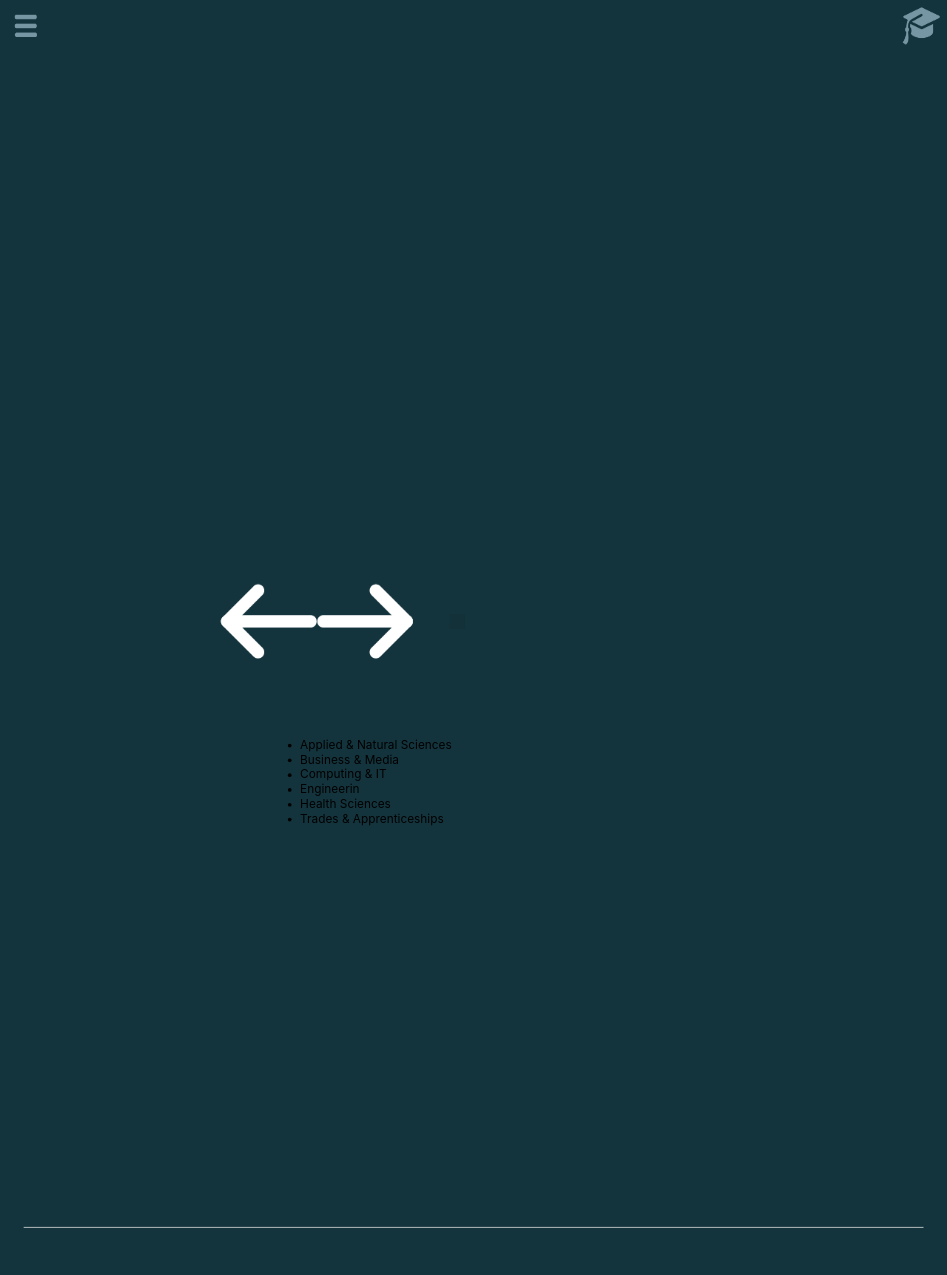
Repository: shaelorch/assignment-1-playwright-site-a01259464
Page: /about
The author's editor kept a copy of each file at every save. The page is drawn from the files as they stood at one save, then again after the next save.
The browser window is 1280 px wide. The pictures show the whole page, at 74% of full size.
The project was rebuilt for these pictures with package versions that can differ from the ones it lists, and the page was loaded fresh each time. The framework's server and built-in components were replaced by stand-ins that run in the browser. Also part of the build but not shown: next.config.js.

Above is the page before, as saved 2023-01-28 12:41:40.

### pages/_app.js
import '../styles/globals.css'
import '../styles/variables.css'

function MyApp({ Component, pageProps }) {
  return <Component {...pageProps} />
}

export default MyApp

### pages/about.js
import Head from 'next/head'
import Image from 'next/image'
import styles from '../styles/Home.module.css'
import Menu from '../components/menu'


export default function About() {
  return (
    <><Menu /><div className={styles.container}>
      <Head>
        <title>About Us</title>
        <meta name="author" content="MDIA 2109" />
        <meta property='og:title' content="Assignment #1 - About Us Page" />
        <meta property='og:description' content="BCIT Digital Design and Development Diploma" />
        <link rel="icon" href="/favicon.png" />


      </Head>

      <main className={styles.main}>

        <div>
          <h1></h1>
        </div>

        <div>
          <h1></h1>
        </div>

        <div>
          <p></p>
        </div>
        <div>
          <p></p>
        </div>
        <div>
          <p></p>
        </div>
        <div>
          <p></p>
        </div>
        <div>
          <p></p>
        </div>
        <div>
          <p></p>
        </div>
        <div>
          <p></p>
        </div>

        <div><h2></h2></div>
        <div><h2></h2></div>

        <div><h3></h3></div>

        <div id={styles.carouselImage}>
          <img src='/icons/leftArrow.png' />
          <img src='/icons/rightArrow.png' />

          <div id={styles.testOnImageHere}>

          </div>

        </div>





        <ul>
          <li>Applied & Natural Sciences</li>
          <li>Business & Media</li>
          <li>Computing & IT</li>
          <li>Engineerin</li>
          <li>Health Sciences</li>
          <li>Trades & Apprenticeships</li>
        </ul>

        <a>
          <span>
            <img />
          </span>
        </a>

        <a>
          <span>
            <img />
          </span>
        </a>




      </main>

      <footer className={styles.footer}>

      </footer>
    </div></>
  )
}

### styles/globals.css
::-webkit-scrollbar-track {
  background-color: var(--ternary-color);
}

::-webkit-scrollbar-thumb {
  background-color: var(--primary-color);
}

::-webkit-scrollbar-thumb:hover {
  background-color: var(--quaternary-color);
}

html,
body {
  padding: 0;
  margin: 0;
  font-family: -apple-system, BlinkMacSystemFont, Segoe UI, Roboto, Oxygen,
    Ubuntu, Cantarell, Fira Sans, Droid Sans, Helvetica Neue, sans-serif;
}

a {
  color: inherit;
  text-decoration: none;
}

* {
  box-sizing: border-box;
}

@media (prefers-color-scheme: dark) {
  html {
    color-scheme: dark;
  }
  body {
    color: white;
    background: ;
  }
}

@media only screen and (min-width: 1000px) {
  /* For Desktop */

}

@media only screen and (min-width:600px) {
  /* For Tablet */

}

@media only screen and (max-width: 600px) {
  /* For Mobile */

}

### styles/variables.css
:root {
    --primary-color: #fff;
    --secondary-color: #F4D6B9;
    --ternary-color: #7796A4;
    --quaternary-color: #14343D;
    --quinary-color: rgba(16, 46, 53, 0.5);
}

### styles/Home.module.css


.container {
  padding: 0 2rem;
  background-color: var(--quaternary-color);

}

.solid {
  border-top: 4px solid var(--secondary-color);
  border-bottom: 0px;
  width:75%;
  margin-left:0;
  border-radius: 3px;;

}

.homeContainer {
  padding: 0 2rem;
  background-image: url('/background-images/backgroundMountain.jpg');
  background-repeat: no-repeat;
  background-size: cover;

}

.main {
  min-height: 100vh;
  padding: 40% 0;
  margin-left: 25%;
  margin-right: 50%;
  flex: 1;
  display: flex;
  flex-direction: column;
  justify-content: left;
  align-items: center;
  background-color: transparent;


}


#carouselImage {
  height: 200px;
  background-repeat: no-repeat;
  background-size: cover;
  display:flex;
  justify-content: center;
  align-items: center;
  margin: 40px 0px;

}

#testOnImageHere {
  background-color: rgba(16, 46, 53, 0.5);
  padding: 10px;
  margin: 0px 50px;

}

.footer {
  display: flex;
  flex: 1;
  padding: 2rem 0;
  border-top: 1px solid #eaeaea;
  justify-content: center;
  align-items: center;
  background-color: transparent;
}

.footer a {
  display: flex;
  justify-content: center;
  align-items: center;
  flex-grow: 1;
}

.title a {
  color: #0070f3;
  text-decoration: none;
}

.title a:hover,
.title a:focus,
.title a:active {
  text-decoration: underline;
}

.title {
  margin: 0;
  line-height: 1.15;
  font-size: 4rem;
}

.title,
.description {
  text-align: center;
}

.description {
  margin: 4rem 0;
  line-height: 1.5;
  font-size: 1.5rem;
}

.code {
  background: #fafafa;
  border-radius: 5px;
  padding: 0.75rem;
  font-size: 1.1rem;
  font-family: Menlo, Monaco, Lucida Console, Liberation Mono, DejaVu Sans Mono,
    Bitstream Vera Sans Mono, Courier New, monospace;
}

.grid {
  display: flex;
  align-items: center;
  justify-content: center;
  flex-wrap: wrap;
  max-width: 800px;
}

.card {
  margin: 1rem;
  padding: 1.5rem;
  text-align: left;
  color: inherit;
  text-decoration: none;
  border: 1px solid #eaeaea;
  border-radius: 10px;
  transition: color 0.15s ease, border-color 0.15s ease;
  max-width: 300px;
}

.card:hover,
.card:focus,
.card:active {
  color: #0070f3;
  border-color: #0070f3;
}

.card h2 {
  margin: 0 0 1rem 0;
  font-size: 1.5rem;
}

.card p {
  margin: 0;
  font-size: 1.25rem;
  line-height: 1.5;
}

.logo {
  height: 1em;
  margin-left: 0.5rem;
}

@media (max-width: 600px) {
  .grid {
    width: 100%;
    flex-direction: column;
  }
}

@media (prefers-color-scheme: dark) {
  .card,
  .footer {
    border-color: #222;
  }
  .code {
    background: #111;
  }
  .logo img {
    filter: invert(1);
  }
}

### components/menu.js
import styles from '../styles/Home.module.css'
import Link from 'next/link'
import { useState } from 'react'



export default function Menu() {

    const [showMenu, setShowMenu] = useState(false);


    const handleClickMenu = () => {
        setShowMenu(current => !current);
    }


    return <><div style={{ display: 'flex', width: '100%', justifyContent:'space-between', position:'fixed' }}>
        <img src="/icons/menu-icon.png" onClick={handleClickMenu} style={{ display:'flex', height: 30, width: 30, top: 0, left: 0, margin: 20 }} />
        <img src="/icons/graduation-hat.png" style={{ height: 50, width: 50, margin:10 }} />
    </div>
    <div style={{ display: showMenu ? 'flex' : 'none', position:'fixed', top:50, left:20}}>
            <img src='/background-images/menuBackground.png' style={{height:250, width:250, position:'absolute', top:-50, left:-20}}/>

            <h1 onClick={handleClickMenu} style={{zIndex:2}}>X</h1>
            <ul style={{ display: 'flex', flexDirection: 'column', zIndex:1}}>
                <a href='/'>Home</a>
                <a href='/about'>About</a>
                <a href='/contact'>Contact</a>
            </ul>



        </div></>







}

After the next save:
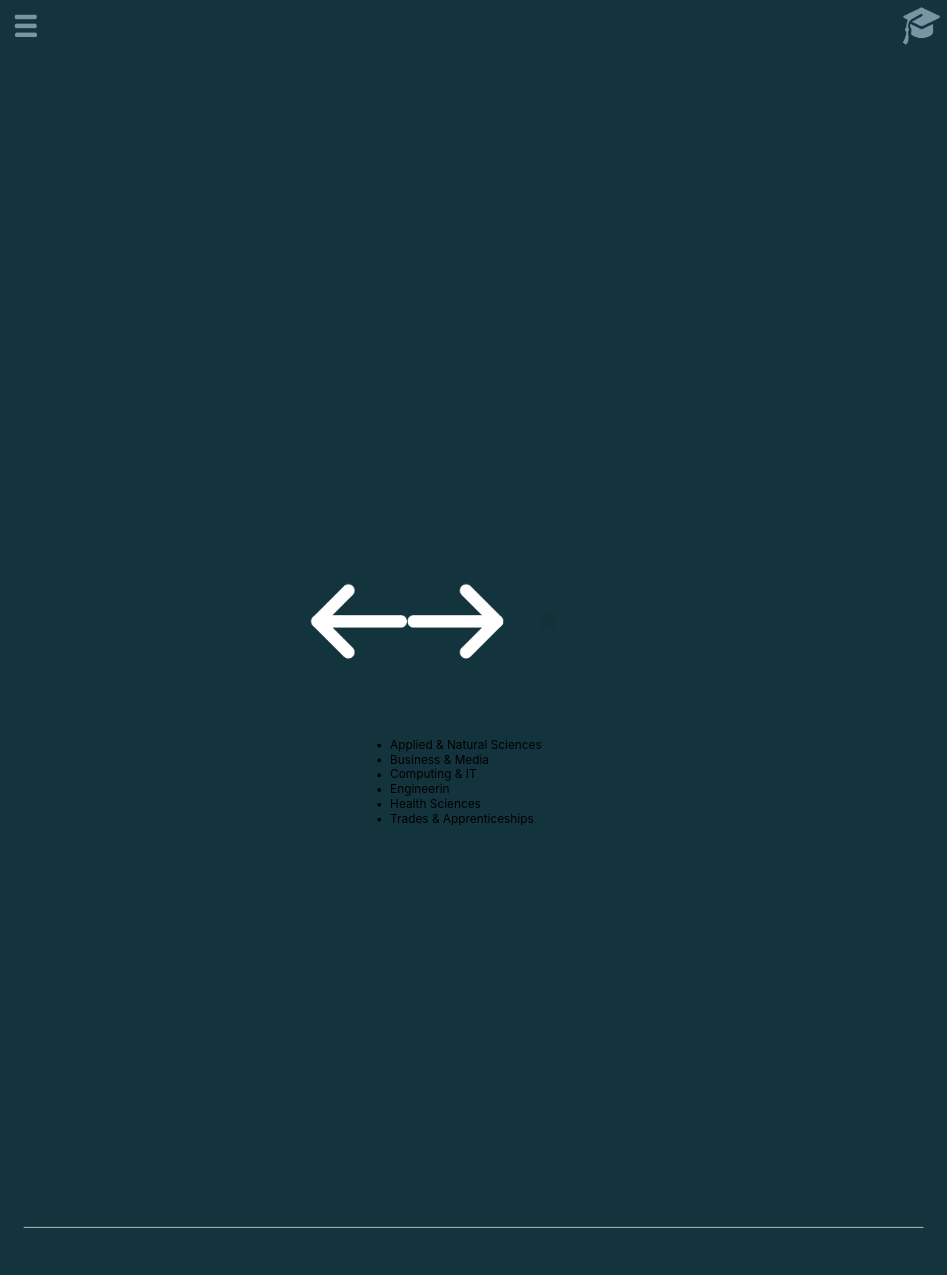
Saved 4 s later.
--- a/styles/Home.module.css
+++ b/styles/Home.module.css
@@ -27,7 +27,7 @@
   min-height: 100vh;
   padding: 40% 0;
   margin-left: 25%;
-  margin-right: 50%;
+  margin-right: 30%;
   flex: 1;
   display: flex;
   flex-direction: column;
